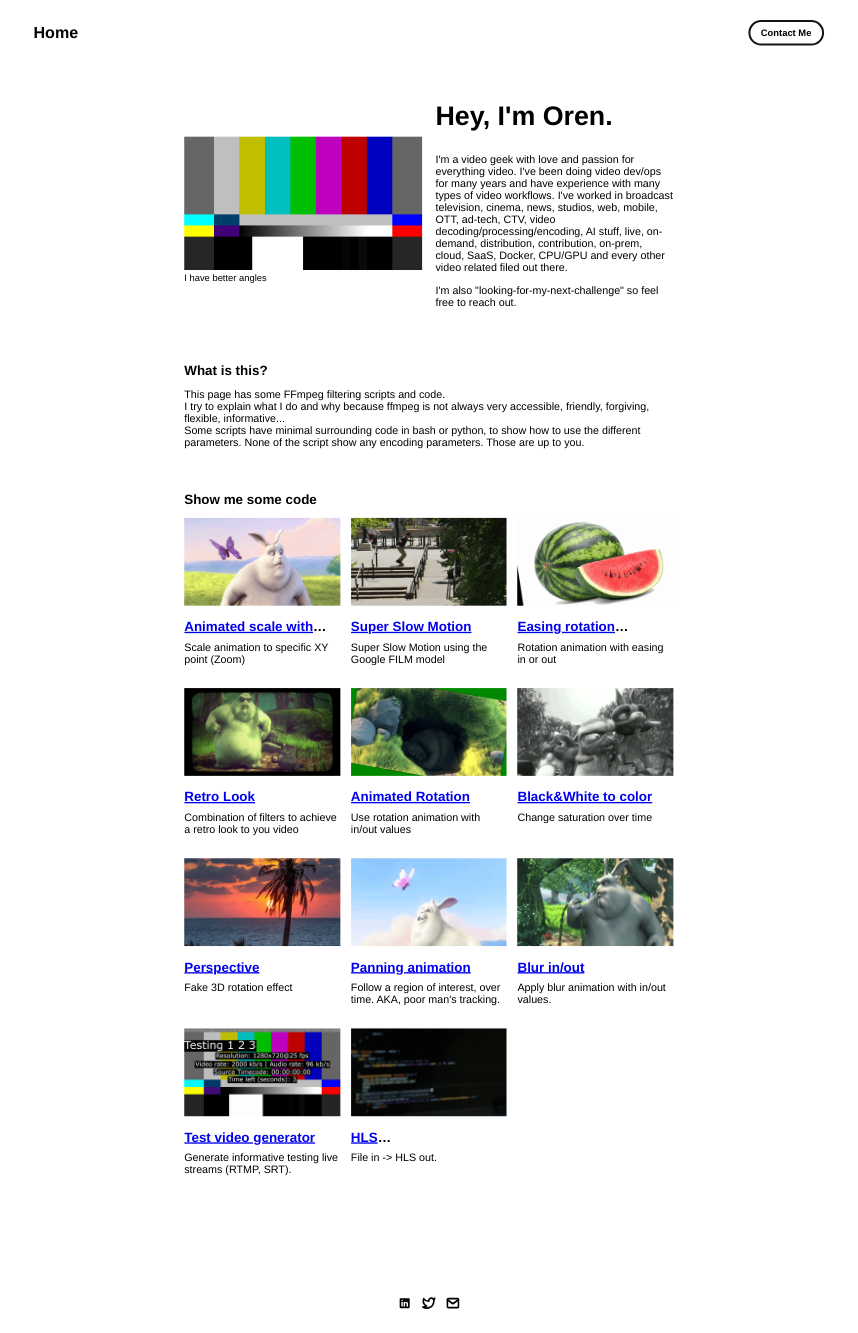
Repository: OrenShalmy/orenshalmy.github.io
Page: index.html
An editor plug-in stored every save of this project. The page is shown before and after the next save, followed by the edit.
The browser window is 1280 px wide. The pictures show the whole page, at 67% of full size.

Above is the page before, as saved 2024-09-10 23:24:07.

After the next save:
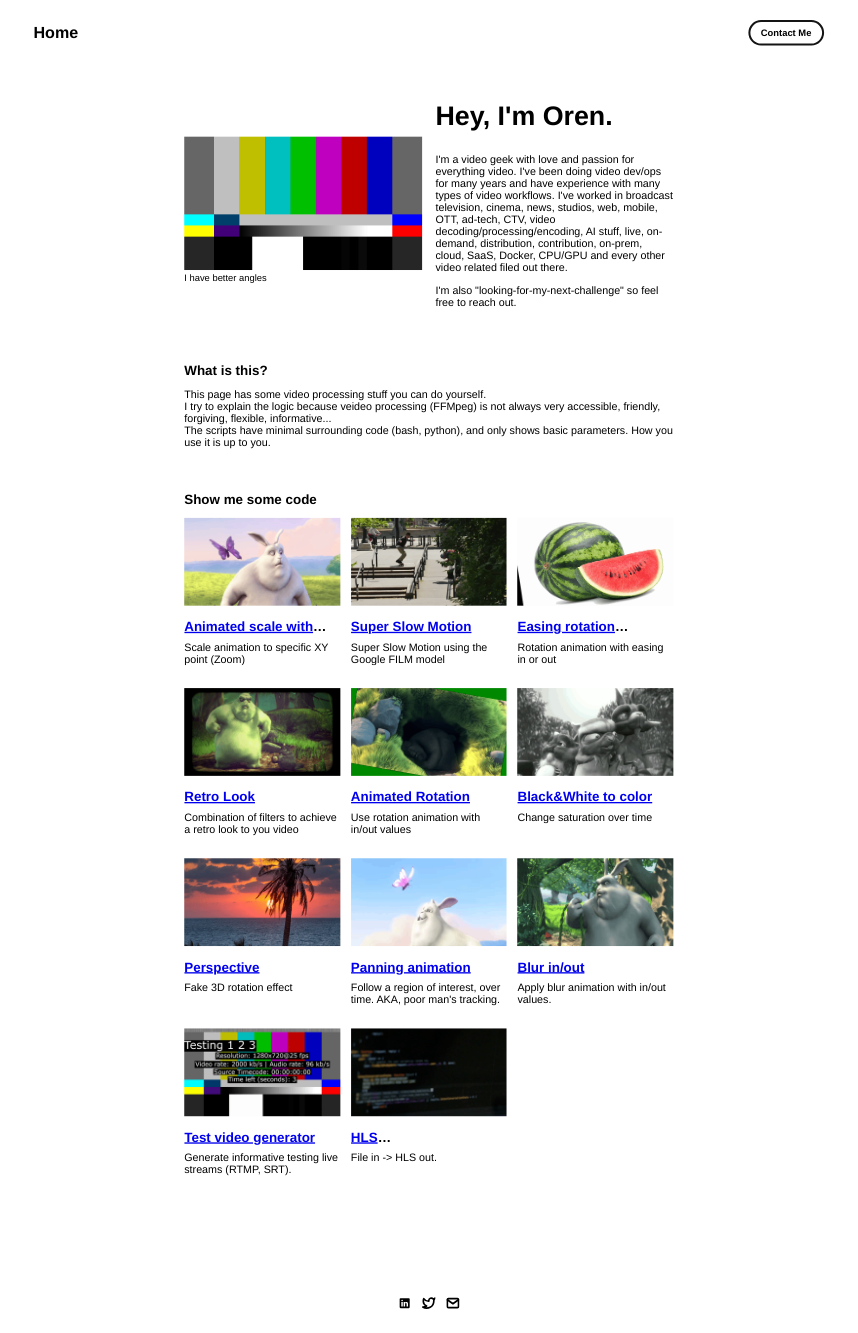
Saved 5 min 24 s later.
--- a/index.html
+++ b/index.html
@@ -51,9 +51,9 @@
       <div id="about-section">
         <span class="subheader-text">What is this?</span>
         <div class="about-section-content">
-          <div class="body-text">This page has some FFmpeg filtering scripts and code.<br>
-            I try to explain what I do and why because ffmpeg is not always very accessible, friendly, forgiving, flexible, informative...<br>
-            Some scripts have minimal surrounding code in bash or python, to show how to use the different parameters. None of the script show any encoding parameters. Those are up to you.
+          <div class="body-text">This page has some video processing stuff you can do yourself.<br>
+            I try to explain the logic because veideo processing (FFMpeg) is not always very accessible, friendly, forgiving, flexible, informative...<br>
+            The scripts have minimal surrounding code (bash, python), and only shows basic parameters. How you use it is up to you.
           </div>
         </div>
       </div>
